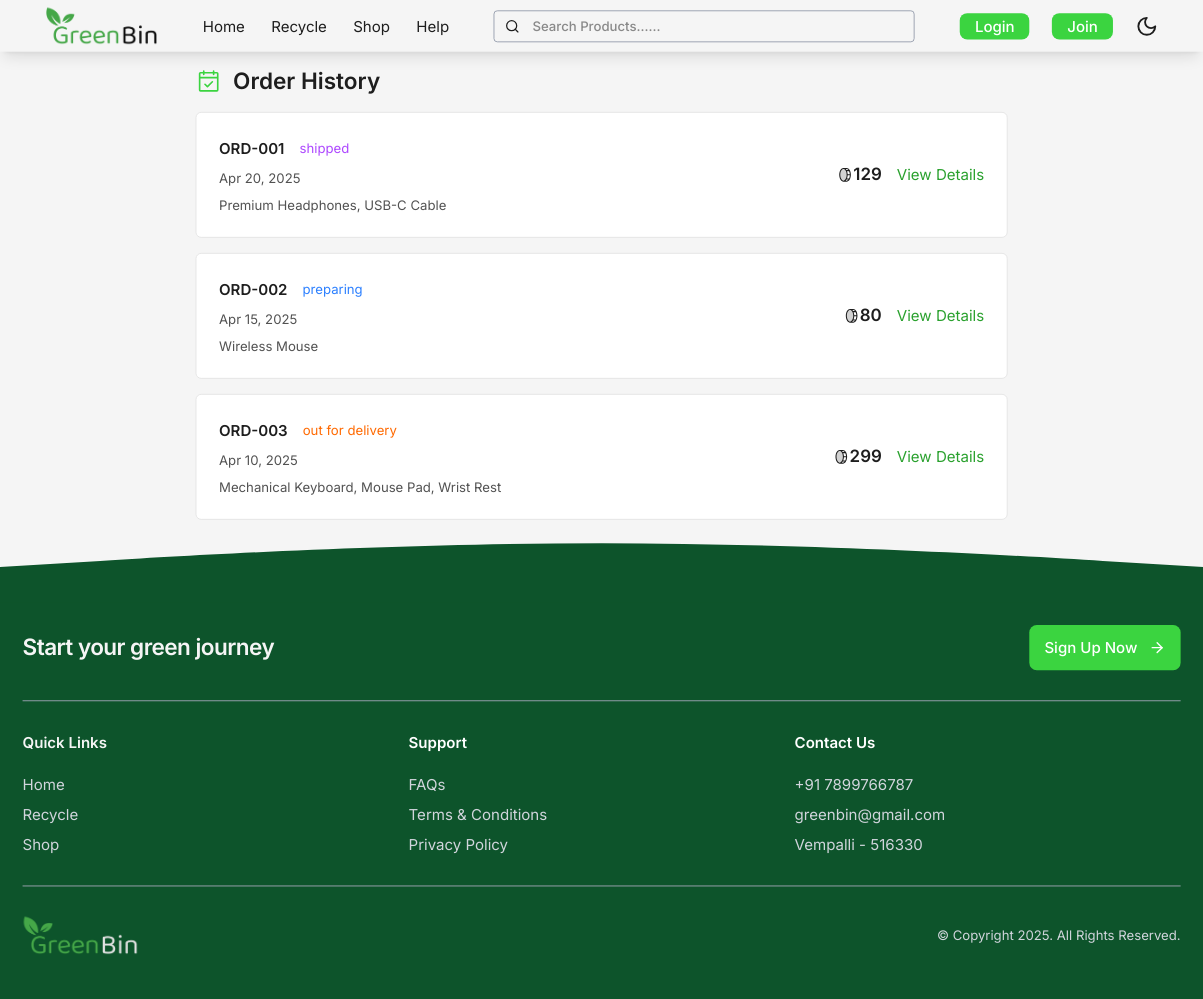
Repository: Siddhu123456/Plastic-Waste-Management
Page: /orders (app in frontend/)
The author's editor kept a copy of each file at every save. The page is drawn from the files as they stood at one save, then again after the next save.
The browser window is 1280 px wide. The pictures show the whole page, at 94% of full size.
The project was rebuilt for these pictures with package versions that can differ from the ones it lists, and the page was loaded fresh each time. Also part of the build but not shown: frontend/vite.config.js, frontend/src/components/ProductCard.jsx, frontend/src/components/TrendingProductsCarousel.jsx, frontend/src/pages/Home.jsx, frontend/src/components/FilterBar.jsx, frontend/src/pages/customer/Shop.jsx, frontend/src/pages/customer/Recycle.jsx, frontend/src/components/CartItemCard.jsx and 14 more. Imported but missing from the stored project, and not drawn on this page: frontend/src/pages/Help, frontend/src/pages/customer/WishList.

Above is the page before, as saved 2025-05-06 10:05:27.

After the next save:
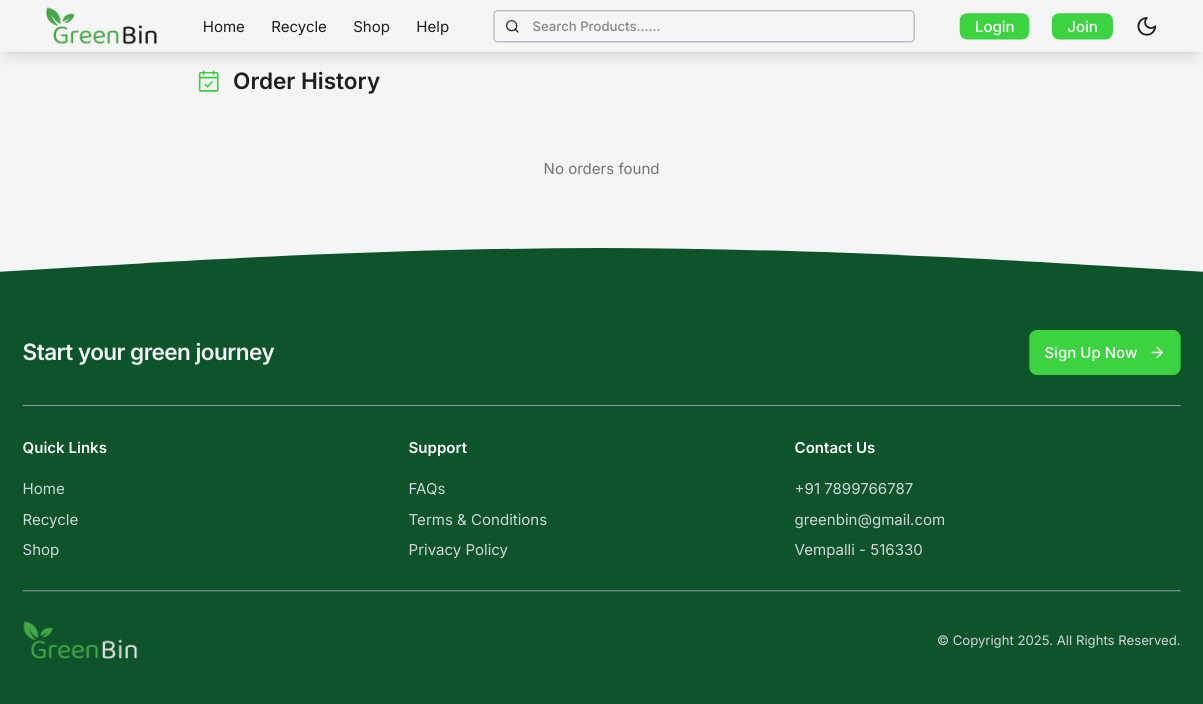
Saved 34 s later.
--- a/frontend/src/pages/customer/OrderHistory.jsx
+++ b/frontend/src/pages/customer/OrderHistory.jsx
@@ -79,7 +79,7 @@ const OrderHistory = () => {
           <h1 className="text-2xl font-semibold">Order History</h1>
         </div>
 
-        {mockOrders.length === 0 ? (
+        {orders.length === 0 ? (
           <div className="text-center py-12">
             <p className="text-neutral-500">No orders found</p>
           </div>
